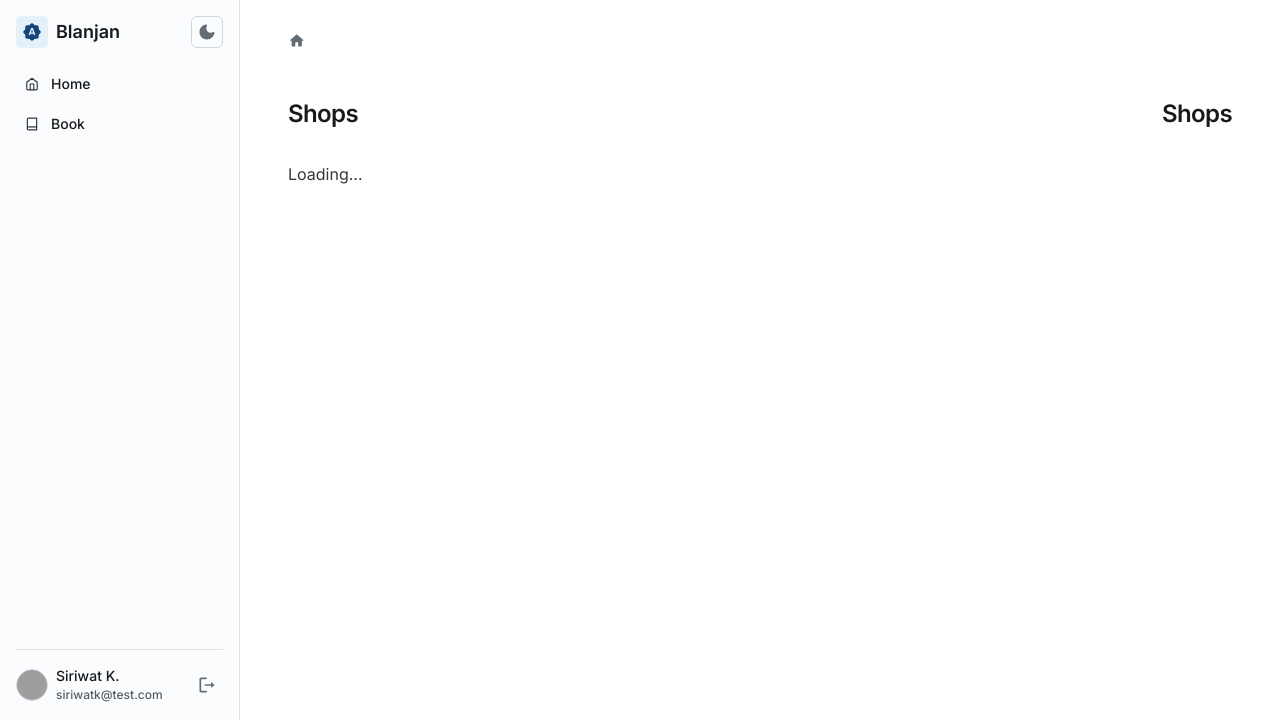
Repository: LaurentiusKevin/bookstore-fe
Page: /
These files come from the project's save history. The page is drawn as it stood at one moment and after the next save; the edit follows.
The browser window is 1280 px wide. The pictures show the whole page.
Pictures or frames that could not be fetched are drawn as grey boxes. The page's requests for data from a server got no answer. The project was rebuilt for these pictures with package versions that can differ from the ones it lists, and the page was loaded fresh each time. The framework's server and built-in components were replaced by stand-ins that run in the browser. No one was signed in, and anything a server would have sent is missing. Also part of the build but not shown: next.config.mjs.

Above is the page before, as saved 2024-04-07 05:34:52.

### src/app/layout.tsx
import type { Metadata } from "next";
import { Inter } from "next/font/google";
import "@fontsource/inter";
import ThemeRegistry from "@/components/admin/theme-registry";
import { Providers } from "@/providers";
import { ReactNode } from "react";

const inter = Inter({ subsets: ["latin"] });

export const metadata: Metadata = {
  title: "Create Next App",
  description: "Generated by create next app",
};

export default function RootLayout({
  children,
}: Readonly<{
  children: ReactNode;
}>) {
  return (
    <html lang="en">
      <body suppressHydrationWarning={true}>
        <ThemeRegistry options={{ key: "joy" }}>
          <Providers>{children}</Providers>
        </ThemeRegistry>
      </body>
    </html>
  );
}

### src/app/page.tsx
"use client";

import { bookListAPI, bookPurchaseAPI } from "@/apis/book.api";
import { latestPointAPI } from "@/apis/point.api";
import AdminLayout from "@/components/admin/admin-layout";
import { BookResponse } from "@/interfaces";
import {
  AspectRatio,
  Box,
  Button,
  Card,
  CardContent,
  Stack,
  Typography,
} from "@mui/joy";
import { useRouter } from "next/navigation";
import { useEffect, useRef, useState } from "react";

export default function Home() {
  const route = useRouter();
  const [page, setPage] = useState(1);
  const [pageSize, setPageSize] = useState(10);
  const [maxPage, setMaxPage] = useState(1);
  const [isLoading, setIsLoading] = useState(false);
  const [books, setBooks] = useState<BookResponse[]>([]);
  const [availablePoint, setAvailablePoint] = useState<number>(0);
  const loaderRef = useRef(null);

  const token = localStorage.getItem("token");

  const initBookList = async () => {
    setIsLoading(true);
    const res = await bookListAPI({ page: page, pageSize: pageSize });

    if (res?.data.data.books) {
      setIsLoading(false);
      setBooks((prev) => [...prev, ...res?.data.data.books]);
      setMaxPage(res?.data.data.totalPage);
    }
  };

  const initLatestPoint = async () => {
    const res = await latestPointAPI();
    console.log(res?.data.data);
  };

  const purchase = async (book_id: number) => {
    await bookPurchaseAPI(book_id);
  };

  useEffect(() => {
    initBookList();
    initLatestPoint();
  }, [page]);

  useEffect(() => {
    const options = {
      root: null,
      rootMargin: "0px",
      threshold: 0.8, // 80% from the top
    };

    const observer = new IntersectionObserver((entries) => {
      entries.forEach((entry) => {
        if (entry.isIntersecting && page <= maxPage) {
          setPage((prevPage) => prevPage + 1); // Load more data when the threshold is reached
        }
      });
    }, options);

    if (loaderRef.current) {
      observer.observe(loaderRef.current);
    }

    return () => {
      if (loaderRef.current) {
        observer.unobserve(loaderRef.current);
      }
    };
  }, []);

  return (
    <AdminLayout>
      <Box
        sx={{
          display: "flex",
          justifyContent: "space-between",
        }}
      >
        <Typography level="h3">Shops</Typography>
        <Typography level="h3">Shops</Typography>
      </Box>
      <Stack flexDirection="row" flexWrap="wrap" gap={2}>
        {books?.map((item, key) => (
          <Card key={key} sx={{ width: 320 }}>
            <div>
              <Typography level="title-lg">{item.title}</Typography>
              <Typography level="body-sm">{item.writer.name}</Typography>
            </div>
            <AspectRatio minHeight="120px" maxHeight="200px">
              <img
                src={item.cover_image}
                srcSet={item.cover_image}
                loading="lazy"
                alt={item.title}
              />
            </AspectRatio>
            <CardContent orientation="horizontal">
              <div>
                <Typography level="body-xs">Price:</Typography>
                <Typography fontSize="lg" fontWeight="lg">
                  {item.point} Points
                </Typography>
              </div>
              <div>
                <Typography level="body-xs">Tags:</Typography>
                <Stack flex={1} flexDirection="row" gap={1} flexWrap="wrap">
                  {item.tags.map((item) => (
                    <Typography fontSize="md" fontWeight="lg">
                      {item.title}
                    </Typography>
                  ))}
                </Stack>
              </div>
            </CardContent>
            <div>
              {token === null ? (
                <Button
                  variant="outlined"
                  size="md"
                  color="primary"
                  sx={{ ml: "auto", alignSelf: "center", fontWeight: 600 }}
                  fullWidth
                  onClick={() => route.push("/auth/login")}
                >
                  Purchase
                </Button>
              ) : (
                <Button
                  variant="outlined"
                  size="md"
                  color="primary"
                  sx={{ ml: "auto", alignSelf: "center", fontWeight: 600 }}
                  fullWidth
                  onClick={() => purchase(item.id)}
                >
                  Purchase
                </Button>
              )}
            </div>
          </Card>
        ))}
        <div ref={loaderRef}>Loading...</div>
      </Stack>
    </AdminLayout>
  );
}

### src/components/admin/theme-registry.tsx
"use client";
import createCache from "@emotion/cache";
import { useServerInsertedHTML } from "next/navigation";
import { CacheProvider } from "@emotion/react";
import { CssVarsProvider } from "@mui/joy/styles";
import CssBaseline from "@mui/joy/CssBaseline";
import * as React from "react";
import { ReactNode } from "react";

// This implementation is from emotion-js
// https://github.com/emotion-js/emotion/issues/2928#issuecomment-1319747902
export default function ThemeRegistry(props: {
  options: { key: string };
  children: ReactNode;
}) {
  const { options, children } = props;

  const [{ cache, flush }] = React.useState(() => {
    const cache = createCache(options);
    cache.compat = true;
    const prevInsert = cache.insert;
    let inserted: string[] = [];
    cache.insert = (...args) => {
      const serialized = args[1];
      if (cache.inserted[serialized.name] === undefined) {
        inserted.push(serialized.name);
      }
      return prevInsert(...args);
    };
    const flush = () => {
      const prevInserted = inserted;
      inserted = [];
      return prevInserted;
    };
    return { cache, flush };
  });

  useServerInsertedHTML(() => {
    const names = flush();
    if (names.length === 0) {
      return null;
    }
    let styles = "";
    for (const name of names) {
      styles += cache.inserted[name];
    }
    return (
      <style
        key={cache.key}
        data-emotion={`${cache.key} ${names.join(" ")}`}
        dangerouslySetInnerHTML={{
          __html: styles,
        }}
      />
    );
  });

  return (
    <CacheProvider value={cache}>
      <CssVarsProvider>
        {/* the custom theme is optional */}
        <CssBaseline />
        {children}
      </CssVarsProvider>
    </CacheProvider>
  );
}

### src/providers.tsx
"use client";

import React, { ReactNode } from "react";

export function Providers({ children }: { children: ReactNode }) {
  return <>{children}</>;
}

### src/apis/book.api.ts
import { AxiosError, AxiosResponse } from "axios";
import axiosInstance from "./axios-instance";
import { BookCreateParams, PaginationParams } from "@/interfaces";

export async function bookListAPI(params: PaginationParams) {
  return await axiosInstance
    .get(`/book?page=${params.page || 1}&pageSize=${params.pageSize || 10}`)
    .then((response: AxiosResponse) => {
      return response;
    })
    .catch((error: AxiosError) => {
      console.error(error);
      return null;
    });
}

export async function bookCreateAPI(params: BookCreateParams) {
  return await axiosInstance
    .post(`/book`, params)
    .then((response: AxiosResponse) => {
      return response;
    })
    .catch((error: AxiosError) => {
      console.error(error);
      return null;
    });
}

export async function bookPurchaseAPI(book_id: number) {
  return await axiosInstance
    .post(`/user-purchase`, { book_id: book_id })
    .then((response: AxiosResponse) => {
      return response;
    })
    .catch((error: AxiosError) => {
      console.error(error);
      return null;
    });
}

### src/apis/point.api.ts
import { AxiosError, AxiosResponse } from "axios";
import axiosInstance from "./axios-instance";

export async function latestPointAPI() {
  return await axiosInstance
    .get(`/point/latest`)
    .then((response: AxiosResponse) => {
      return response;
    })
    .catch((error: AxiosError) => {
      console.error(error);
      return null;
    });
}

### src/components/admin/admin-layout.tsx
import { Box, CssBaseline, CssVarsProvider, Stack } from "@mui/joy";
import Sidebar from "@/components/admin/sidebar";
import Header from "@/components/admin/header";
import Typography from "@mui/joy/Typography";
import * as React from "react";
import { ReactNode } from "react";
import AdminBreadcrumbs from "@/components/admin/breadcrumbs";

export default function AdminLayout({
  children,
  contentMaxWidth = undefined,
  pageTitle = undefined,
}: {
  children?: ReactNode;
  contentMaxWidth?: string | undefined;
  pageTitle?: string;
}) {
  return (
    <CssVarsProvider disableTransitionOnChange>
      <CssBaseline />
      <Box sx={{ display: "flex", minHeight: "100dvh" }}>
        <Sidebar />
        <Header />
        <Box
          component="main"
          className="MainContent"
          sx={{
            pt: { xs: "calc(12px + var(--Header-height))", md: 3 },
            pb: { xs: 2, sm: 2, md: 3 },
            flex: 1,
            display: "flex",
            flexDirection: "column",
            minWidth: 0,
            height: "100dvh",
            gap: 1,
            overflow: "auto",
          }}
        >
          <Box sx={{ flex: 1, width: "100%" }}>
            <Box
              sx={{
                position: "sticky",
                top: { sm: -100, md: -110 },
                bgcolor: "background.body",
                // zIndex: 9995,
              }}
            >
              <Box sx={{ px: { xs: 2, md: 6 } }}>
                <AdminBreadcrumbs />
                <Typography level="h2" component="h1" sx={{ mt: 1, mb: 2 }}>
                  {pageTitle}
                </Typography>
              </Box>
              <Stack
                spacing={4}
                sx={{
                  display: "flex",
                  maxWidth: contentMaxWidth,
                  mx: "auto",
                  px: { xs: 2, md: 6 },
                  py: { xs: 2, md: 3 },
                }}
              >
                {children}
              </Stack>
            </Box>
          </Box>
        </Box>
      </Box>
    </CssVarsProvider>
  );
}

### src/apis/axios-instance.ts
import axios from "axios";

const axiosInstance = axios.create({
  baseURL: process.env.NEXT_PUBLIC_API_URL,
});

axiosInstance.interceptors.request.use(async (config) => {
  const accessToken = localStorage.getItem("token") || "";
  config.headers.authorization = accessToken;

  // if (isTokenExpired(accessToken)) {
  //   const newAccessToken = await getNewToken();

  //   config.headers.AuthToken = `${newAccessToken}`;
  // }

  return config;
});

export default axiosInstance;

### src/components/admin/sidebar.tsx
import * as React from "react";
import GlobalStyles from "@mui/joy/GlobalStyles";
import Avatar from "@mui/joy/Avatar";
import Box from "@mui/joy/Box";
import Chip from "@mui/joy/Chip";
import Divider from "@mui/joy/Divider";
import IconButton from "@mui/joy/IconButton";
import List from "@mui/joy/List";
import ListItem from "@mui/joy/ListItem";
import ListItemButton, { listItemButtonClasses } from "@mui/joy/ListItemButton";
import ListItemContent from "@mui/joy/ListItemContent";
import Typography from "@mui/joy/Typography";
import Sheet from "@mui/joy/Sheet";
import HomeRoundedIcon from "@mui/icons-material/HomeRounded";
import AssignmentRoundedIcon from "@mui/icons-material/AssignmentRounded";
import QuestionAnswerRoundedIcon from "@mui/icons-material/QuestionAnswerRounded";
import LogoutRoundedIcon from "@mui/icons-material/LogoutRounded";
import BrightnessAutoRoundedIcon from "@mui/icons-material/BrightnessAutoRounded";
import KeyboardArrowDownIcon from "@mui/icons-material/KeyboardArrowDown";

import ColorSchemeToggle from "@/components/admin/color-scheme-toggle";
import { closeSidebar } from "@/utils";
import { FiBook, FiHome } from "react-icons/fi";

function Toggler({
  defaultExpanded = false,
  renderToggle,
  children,
}: {
  defaultExpanded?: boolean;
  children: React.ReactNode;
  renderToggle: (params: {
    open: boolean;
    setOpen: React.Dispatch<React.SetStateAction<boolean>>;
  }) => React.ReactNode;
}) {
  const [open, setOpen] = React.useState(defaultExpanded);
  return (
    <React.Fragment>
      {renderToggle({ open, setOpen })}
      <Box
        sx={{
          display: "grid",
          gridTemplateRows: open ? "1fr" : "0fr",
          transition: "0.2s ease",
          "& > *": {
            overflow: "hidden",
          },
        }}
      >
        {children}
      </Box>
    </React.Fragment>
  );
}

export default function Sidebar() {
  return (
    <Sheet
      className="Sidebar"
      sx={{
        position: { xs: "fixed", md: "sticky" },
        transform: {
          xs: "translateX(calc(100% * (var(--SideNavigation-slideIn, 0) - 1)))",
          md: "none",
        },
        transition: "transform 0.4s, width 0.4s",
        zIndex: 3,
        height: "100dvh",
        width: "var(--Sidebar-width)",
        top: 0,
        p: 2,
        flexShrink: 0,
        display: "flex",
        flexDirection: "column",
        gap: 2,
        borderRight: "1px solid",
        borderColor: "divider",
      }}
    >
      <GlobalStyles
        styles={(theme) => ({
          ":root": {
            "--Sidebar-width": "220px",
            [theme.breakpoints.up("lg")]: {
              "--Sidebar-width": "240px",
            },
          },
        })}
      />
      <Box
        className="Sidebar-overlay"
        sx={{
          position: "fixed",
          zIndex: 4,
          top: 0,
          left: 0,
          width: "100vw",
          height: "100vh",
          opacity: "var(--SideNavigation-slideIn)",
          backgroundColor: "var(--joy-palette-background-backdrop)",
          transition: "opacity 0.4s",
          transform: {
            xs: "translateX(calc(100% * (var(--SideNavigation-slideIn, 0) - 1) + var(--SideNavigation-slideIn, 0) * var(--Sidebar-width, 0px)))",
            lg: "translateX(-100%)",
          },
        }}
        onClick={() => closeSidebar()}
      />
      <Box sx={{ display: "flex", gap: 1, alignItems: "center" }}>
        <IconButton variant="soft" color="primary" size="sm">
          <BrightnessAutoRoundedIcon />
        </IconButton>
        <Typography level="title-lg">Blanjan</Typography>
        <ColorSchemeToggle sx={{ ml: "auto" }} />
      </Box>
      <Box
        sx={{
          minHeight: 0,
          overflow: "hidden auto",
          flexGrow: 1,
          display: "flex",
          flexDirection: "column",
          [`& .${listItemButtonClasses.root}`]: {
            gap: 1.5,
          },
        }}
      >
        <List
          size="sm"
          sx={{
            gap: 1,
            "--List-nestedInsetStart": "30px",
            "--ListItem-radius": (theme) => theme.vars.radius.sm,
          }}
        >
          <ListItem>
            <ListItemButton component="a" href="/admin">
              <FiHome />
              <ListItemContent>
                <Typography level="title-sm">Home</Typography>
              </ListItemContent>
            </ListItemButton>
          </ListItem>
          <ListItem>
            <ListItemButton component="a" href="/admin/book">
              <FiBook />
              <ListItemContent>
                <Typography level="title-sm">Book</Typography>
              </ListItemContent>
            </ListItemButton>
          </ListItem>
        </List>
      </Box>
      <Divider />
      <Box sx={{ display: "flex", gap: 1, alignItems: "center" }}>
        <Avatar
          variant="outlined"
          size="sm"
          src="https://images.unsplash.com/photo-1535713875002-d1d0cf377fde?auto=format&fit=crop&w=286"
        />
        <Box sx={{ minWidth: 0, flex: 1 }}>
          <Typography level="title-sm">Siriwat K.</Typography>
          <Typography level="body-xs">siriwatk@test.com</Typography>
        </Box>
        <IconButton size="sm" variant="plain" color="neutral">
          <LogoutRoundedIcon />
        </IconButton>
      </Box>
    </Sheet>
  );
}

### src/components/admin/header.tsx
import * as React from "react";
import GlobalStyles from "@mui/joy/GlobalStyles";
import IconButton from "@mui/joy/IconButton";
import Sheet from "@mui/joy/Sheet";
import MenuRoundedIcon from "@mui/icons-material/MenuRounded";
import { toggleSidebar } from "@/utils";

export default function Header() {
  return (
    <Sheet
      sx={{
        display: { xs: "flex", md: "none" },
        alignItems: "center",
        justifyContent: "space-between",
        position: "fixed",
        top: 0,
        width: "100vw",
        height: "var(--Header-height)",
        zIndex: 2,
        p: 2,
        gap: 1,
        borderBottom: "1px solid",
        borderColor: "background.level1",
        boxShadow: "sm",
      }}
    >
      <GlobalStyles
        styles={(theme) => ({
          ":root": {
            "--Header-height": "52px",
            [theme.breakpoints.up("md")]: {
              "--Header-height": "0px",
            },
          },
        })}
      />
      <IconButton
        onClick={() => toggleSidebar()}
        variant="outlined"
        color="neutral"
        size="sm"
      >
        <MenuRoundedIcon />
      </IconButton>
    </Sheet>
  );
}

### src/components/admin/breadcrumbs.tsx
"use client";

import ChevronRightRoundedIcon from "@mui/icons-material/ChevronRightRounded";
import Link from "@mui/joy/Link";
import HomeRoundedIcon from "@mui/icons-material/HomeRounded";
import Breadcrumbs from "@mui/joy/Breadcrumbs";
import * as React from "react";
import { usePathname } from "next/navigation";

export default function AdminBreadcrumbs() {
  const paths = usePathname();
  const pathNames = paths
    .replace("-", " ")
    .split("/")
    .filter((path) => path);

  return (
    <Breadcrumbs
      size="sm"
      aria-label="breadcrumbs"
      separator={<ChevronRightRoundedIcon />}
      sx={{ pl: 0 }}
    >
      <Link underline="none" color="neutral" href="/admin" aria-label="Home">
        <HomeRoundedIcon />
      </Link>
      {pathNames.map((item, key) => {
        if (key >= 0 && item != "admin") {
          let href = `/${pathNames.slice(0, key + 1).join("/")}`;

          return (
            <Link
              key={`admin-breadcrumb-${key}`}
              underline="hover"
              color="neutral"
              href={href}
              fontSize={12}
              fontWeight={500}
            >
              {item.charAt(0).toUpperCase() + item.slice(1)}
            </Link>
          );
        }
      })}
    </Breadcrumbs>
  );
}

### src/components/admin/color-scheme-toggle.tsx
import * as React from "react";
import { useColorScheme } from "@mui/joy/styles";
import IconButton, { IconButtonProps } from "@mui/joy/IconButton";

import DarkModeRoundedIcon from "@mui/icons-material/DarkModeRounded";
import LightModeIcon from "@mui/icons-material/LightMode";

export default function ColorSchemeToggle(props: IconButtonProps) {
  const { onClick, sx, ...other } = props;
  const { mode, setMode } = useColorScheme();
  const [mounted, setMounted] = React.useState(false);
  React.useEffect(() => {
    setMounted(true);
  }, []);
  if (!mounted) {
    return (
      <IconButton
        size="sm"
        variant="outlined"
        color="neutral"
        {...other}
        sx={sx}
        disabled
      />
    );
  }
  return (
    <IconButton
      id="toggle-mode"
      size="sm"
      variant="outlined"
      color="neutral"
      {...props}
      onClick={(event) => {
        if (mode === "light") {
          setMode("dark");
        } else {
          setMode("light");
        }
        onClick?.(event);
      }}
      sx={[
        {
          "& > *:first-of-type": {
            display: mode === "dark" ? "none" : "initial",
          },
          "& > *:last-of-type": {
            display: mode === "light" ? "none" : "initial",
          },
        },
        ...(Array.isArray(sx) ? sx : [sx]),
      ]}
    >
      <DarkModeRoundedIcon />
      <LightModeIcon />
    </IconButton>
  );
}

### src/utils.ts
import moment from "moment/moment";

export function openSidebar() {
  if (typeof window !== "undefined") {
    document.body.style.overflow = "hidden";
    document.documentElement.style.setProperty("--SideNavigation-slideIn", "1");
  }
}

export function closeSidebar() {
  if (typeof window !== "undefined") {
    document.documentElement.style.removeProperty("--SideNavigation-slideIn");
    document.body.style.removeProperty("overflow");
  }
}

export function toggleSidebar() {
  if (typeof window !== "undefined" && typeof document !== "undefined") {
    const slideIn = window
      .getComputedStyle(document.documentElement)
      .getPropertyValue("--SideNavigation-slideIn");
    if (slideIn) {
      closeSidebar();
    } else {
      openSidebar();
    }
  }
}

export function dateTimeFormat(datetime: string) {
  return moment(datetime).format("MMM DD, YYYY (hh:mm:ss)");
}

export function roundUp(num: number, precision: number): number {
  precision = Math.pow(10, precision);
  return Math.ceil(num * precision) / precision;
}

After the next save:
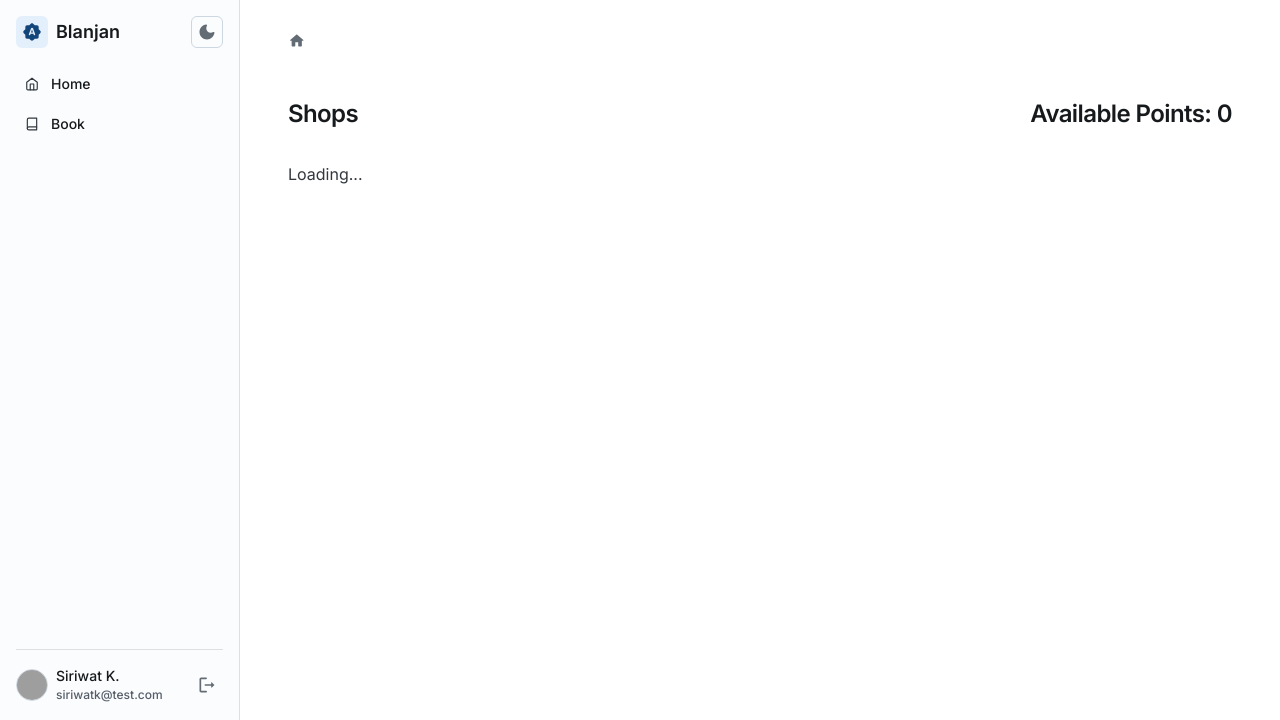
Saved 22 s later.
--- a/src/app/page.tsx
+++ b/src/app/page.tsx
@@ -88,7 +88,7 @@ export default function Home() {
         }}
       >
         <Typography level="h3">Shops</Typography>
-        <Typography level="h3">Shops</Typography>
+        <Typography level="h3">Available Points: {availablePoint}</Typography>
       </Box>
       <Stack flexDirection="row" flexWrap="wrap" gap={2}>
         {books?.map((item, key) => (
